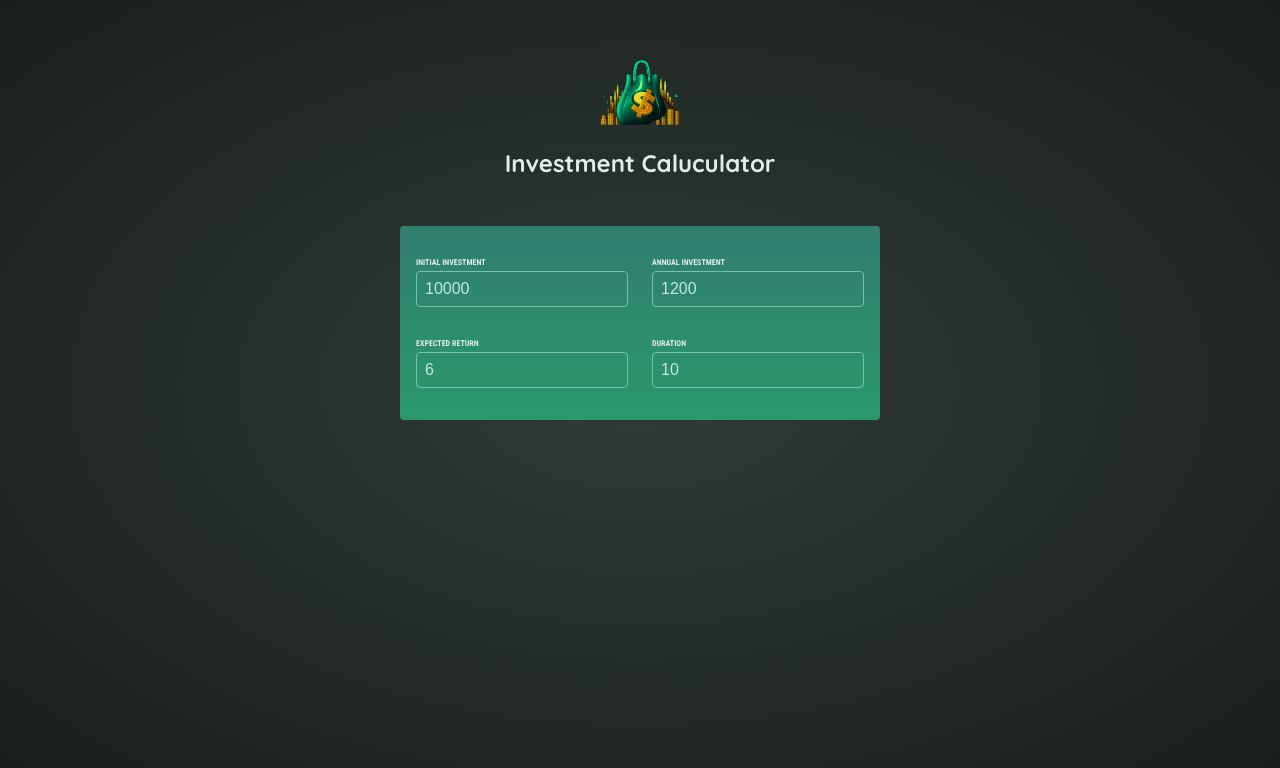
Repository: gyouzaOEC/cash
Page: /
An editor plug-in stored every save of this project. The page is shown before and after a run of saves, followed by the edit.
The browser window is 1280 px wide. The pictures show the whole page.
The project was rebuilt for these pictures with package versions that can differ from the ones it lists, and the page was loaded fresh each time. Also part of the build but not shown: vite.config.js.

Above is the page before, as saved 2025-03-11 18:20:15.

After the next 2 saves:
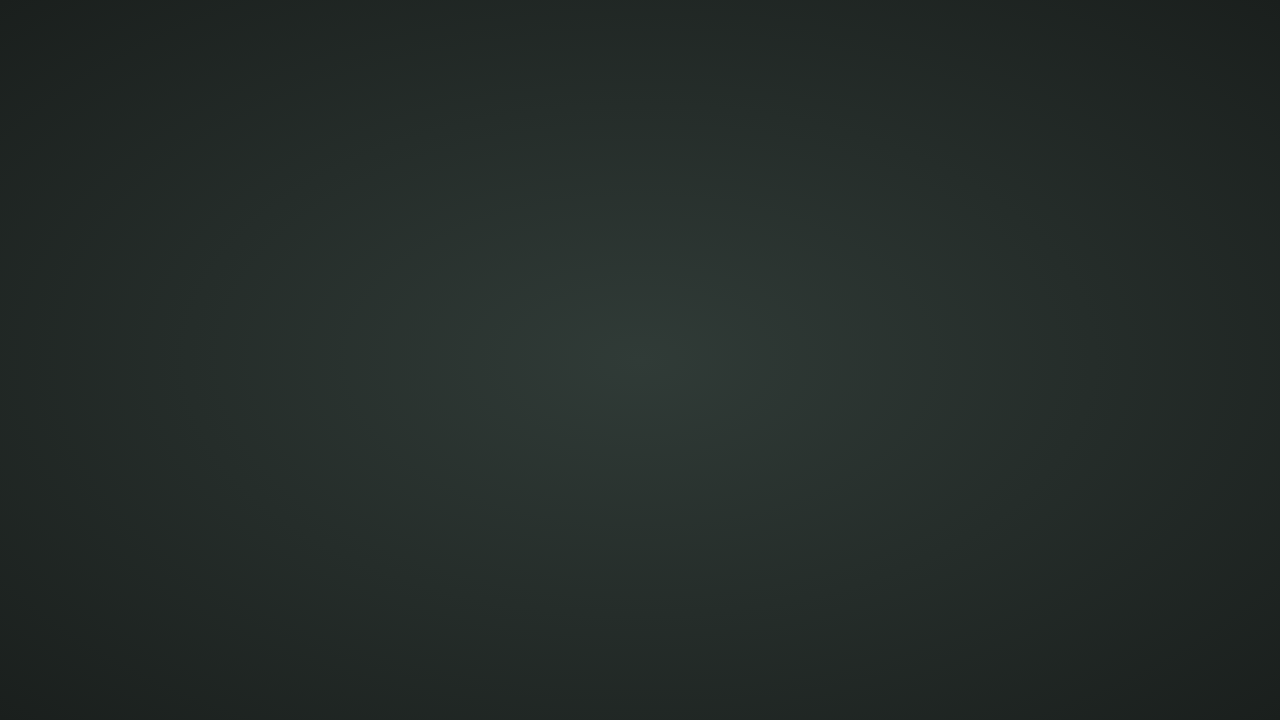
The 2 saves are shown as one change because they came seconds apart.
The last was saved 31 s later.
--- a/src/App.jsx
+++ b/src/App.jsx
@@ -3,12 +3,12 @@
 
 
 function App() {
-  return (
+  return
     <>
       <Header />
       <UserInput/>
     </>
-  )
+
 }
 
 export default App

After the 3 saves that followed:
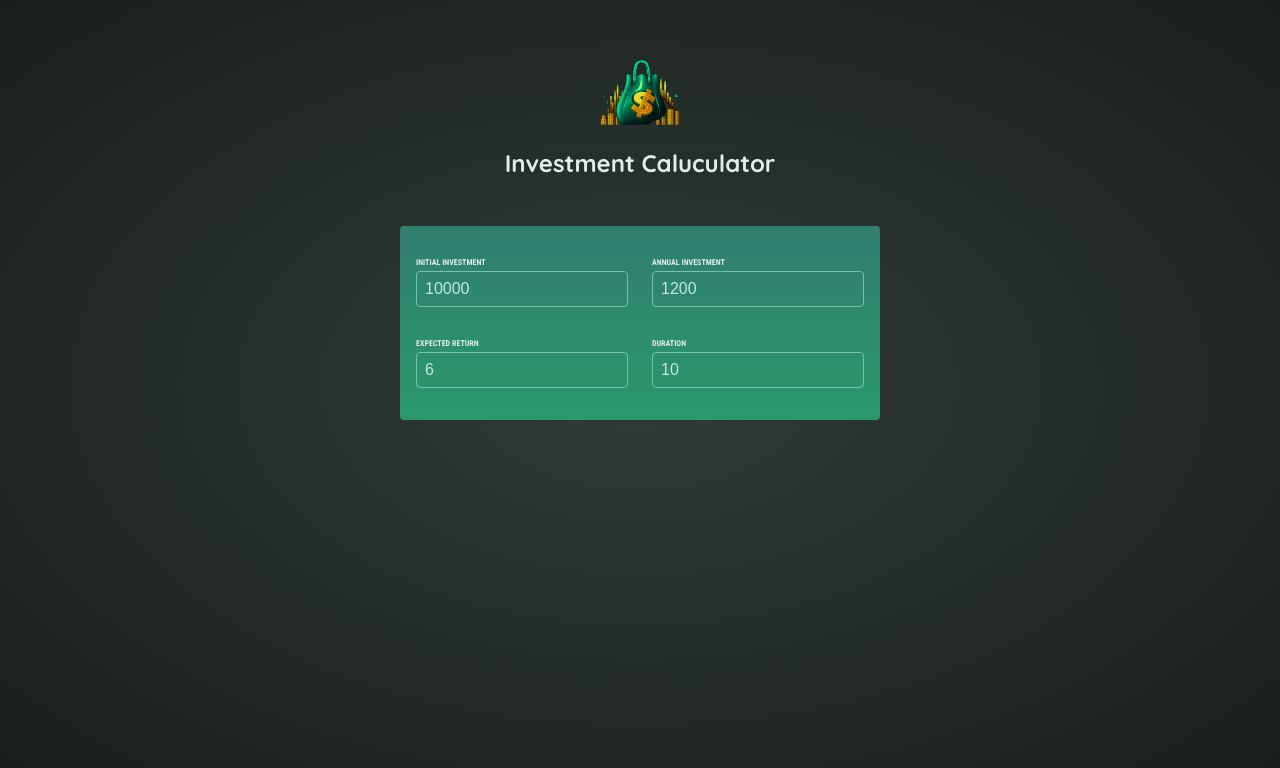
The 3 saves are shown as one change because 1 left the picture as it was and some came seconds apart.
The last was saved 36 s later.
--- a/src/App.jsx
+++ b/src/App.jsx
@@ -1,10 +1,8 @@
 import Header from "./components/Header";
 import UserInput from "./components/UserInput";
 
-
 function App() {
-  return
-    <>
+  return <>
       <Header />
       <UserInput/>
     </>
